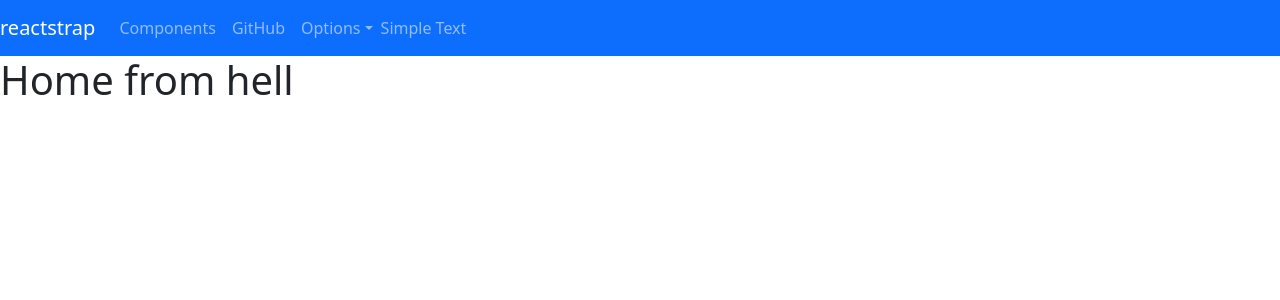
Repository: thf4/React-Front
Page: /
An editor plug-in stored every save of this project. The page is shown before and after the next save, followed by the edit.
The browser window is 1280 px wide. The pictures show the whole page.
The project was rebuilt for these pictures with package versions that can differ from the ones it lists, and the page was loaded fresh each time. Also part of the build but not shown: src/pages/Vizualizar/index.js, src/pages/Cadastrar/index.js, src/pages/Editar/index.js.

Above is the page before, as saved 2021-05-07 09:05:09.

After the next save:
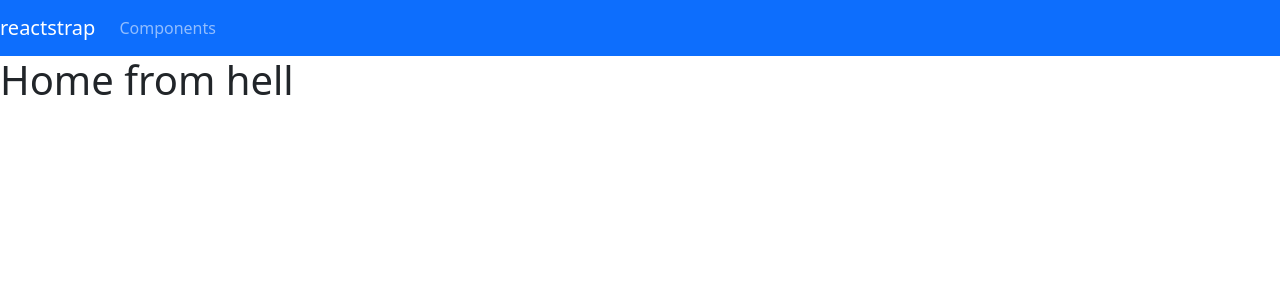
Saved 54 s later.
--- a/src/components/Menu.js
+++ b/src/components/Menu.js
@@ -20,7 +20,7 @@ export const Menu = (props) => {
   const toggle = () => setIsOpen(!isOpen);
   return (
     <div>
-       <Navbar color="primary" dark expand="md">
+      <Navbar color="primary" dark expand="md">
         <NavbarBrand href="/">reactstrap</NavbarBrand>
         <NavbarToggler onClick={toggle} />
         <Collapse isOpen={isOpen} navbar>
@@ -28,28 +28,7 @@ export const Menu = (props) => {
             <NavItem>
               <NavLink href="/components/">Components</NavLink>
             </NavItem>
-            <NavItem>
-              <NavLink href="https://github.com/reactstrap/reactstrap">GitHub</NavLink>
-            </NavItem>
-            <UncontrolledDropdown nav inNavbar>
-              <DropdownToggle nav caret>
-                Options
-              </DropdownToggle>
-              <DropdownMenu right>
-                <DropdownItem>
-                  Option 1
-                </DropdownItem>
-                <DropdownItem>
-                  Option 2
-                </DropdownItem>
-                <DropdownItem divider />
-                <DropdownItem>
-                  Reset
-                </DropdownItem>
-              </DropdownMenu>
-            </UncontrolledDropdown>
           </Nav>
-          <NavbarText>Simple Text</NavbarText>
         </Collapse>
       </Navbar>
     </div>
